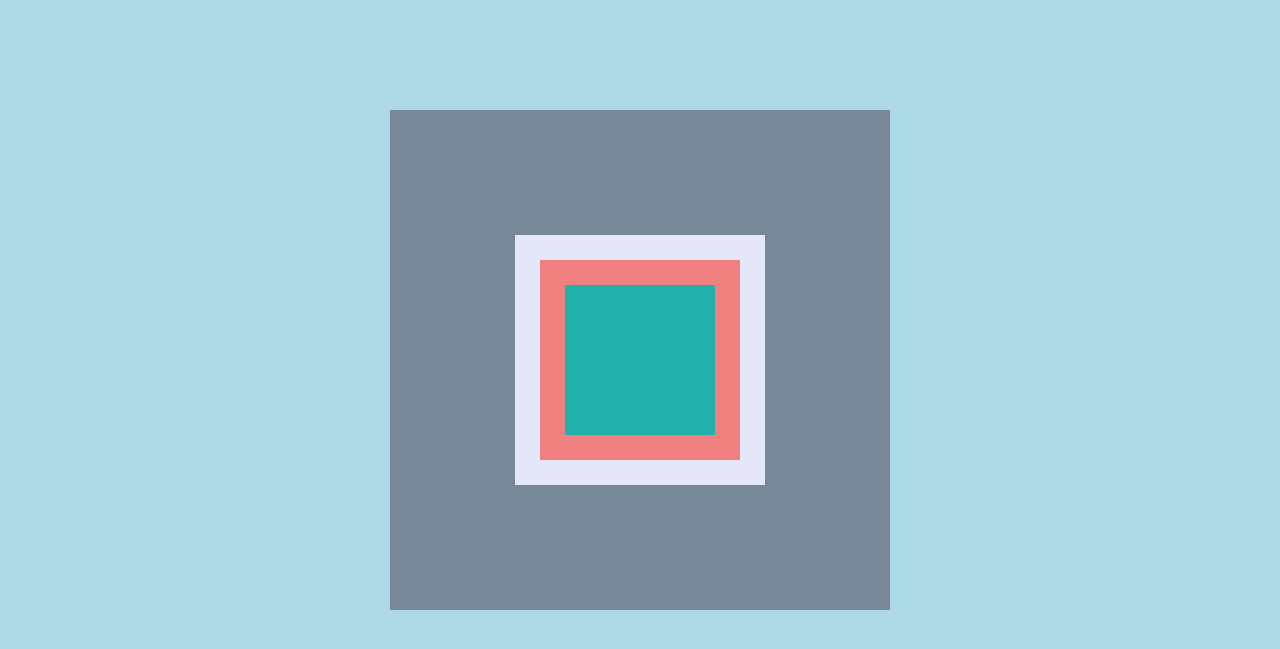
Repository: safak/animation
Page: index.html
The author's editor kept a copy of each file at every save. The page is drawn from the files as they stood at one save, then again after the next save.
The browser window is 1280 px wide. The pictures show the whole page.
The pointer rests on the first visible `.container`.

Above is the page before, as saved 2020-12-18 10:08:33.

After the next save:
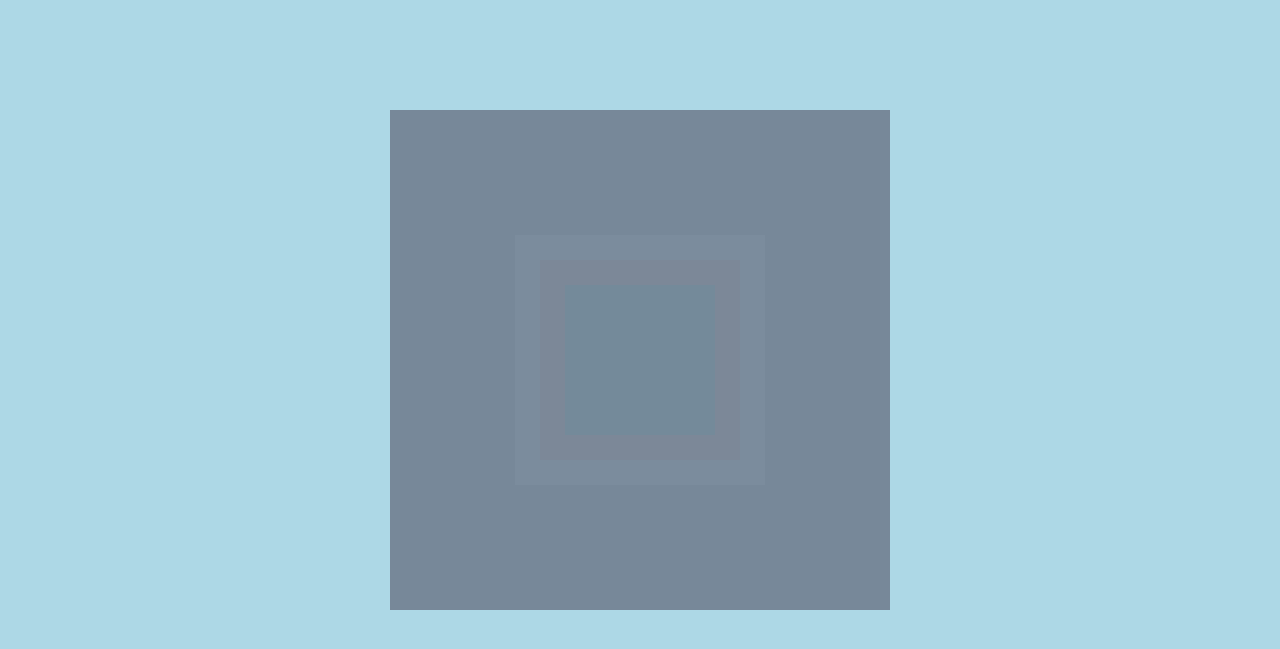
Saved 14 s later.
--- a/style.css
+++ b/style.css
@@ -48,4 +48,5 @@ body {
 .container:hover .box {
   transform: perspective(1000px) rotateX(50px) rotateY(25deg) rotateZ(20px)
     translateX(20px) translateY(20px) translateZ(20px);
+    background-color: lightslategray;
 }

After the save that followed:
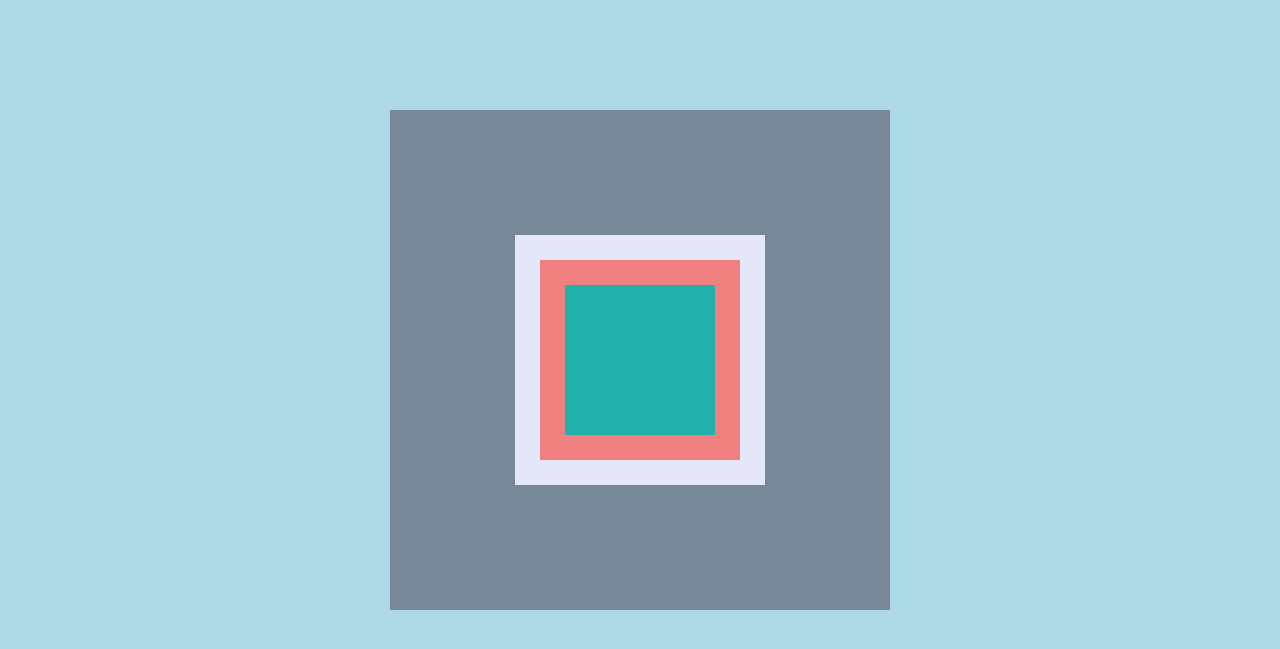
Saved 12 s later.
--- a/style.css
+++ b/style.css
@@ -46,7 +46,6 @@ body {
 }
 
 .container:hover .box {
-  transform: perspective(1000px) rotateX(50px) rotateY(25deg) rotateZ(20px)
+  transform: rotateX(50px) rotateY(25deg) rotateZ(20px)
     translateX(20px) translateY(20px) translateZ(20px);
-    background-color: lightslategray;
 }
